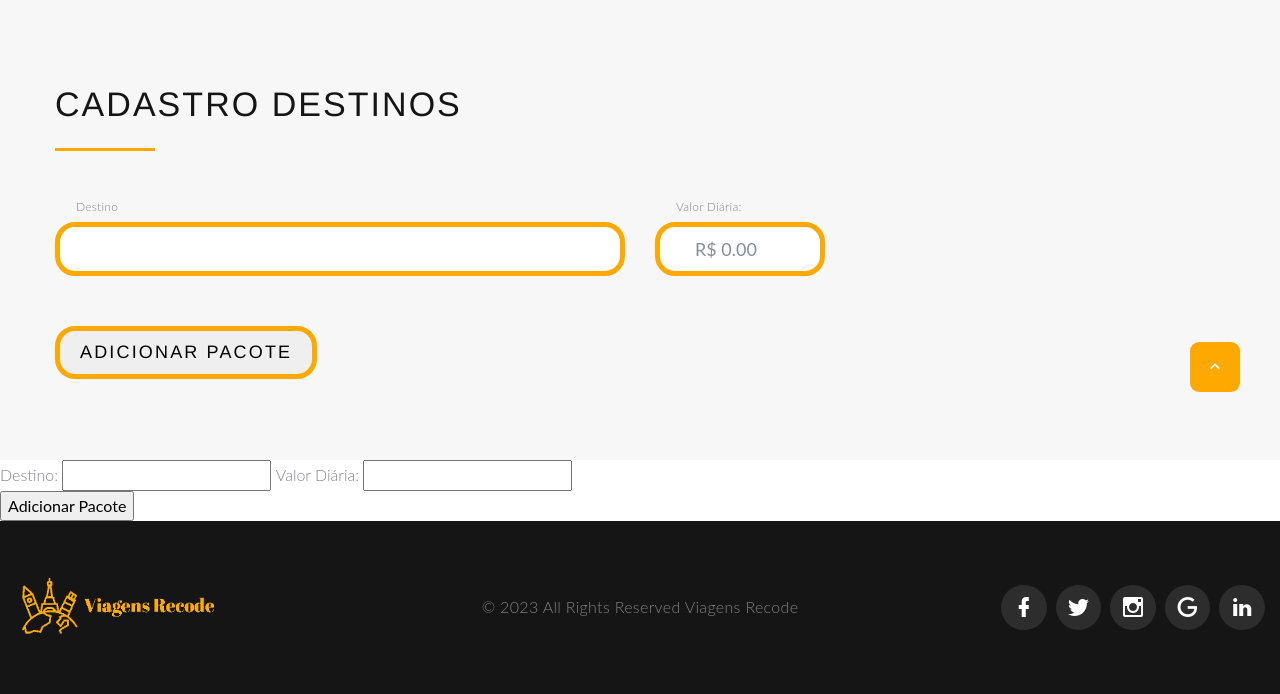
Repository: LiraS23/RecodePro2023-Modulo-4
Page: java/Modulo4/src/main/webapp/destinos.html
The author's editor kept a copy of each file at every save. The page is drawn from the files as they stood at one save, then again after the next save.
The browser window is 1280 px wide. The pictures show the part of the page from y = 388 to 1082 px (the page is 1082 px tall before and 1066 px after).
Some web fonts or font styles are not loaded; a fallback is used.

Above is the page before, as saved 2023-10-28 16:29:01.

### java/Modulo4/src/main/webapp/destinos.html
<!DOCTYPE html>
<html lang="pt-br">

<head>
	<meta charset="UTF-8">
	<meta name="viewport" content="width=device-width, initial-scale=1.0">
	<title>Destinos</title>
	<link rel="icon" href="assets/images/favicon.ico" type="image/x-icon">
	<!-- Stylesheets -->
	<link rel="stylesheet" type="text/css"
		href="assets/fonts.googleapis.com/css?family=Oswald:200,400%7CLato:300,400,300italic,700%7CMontserrat:900">
	<link rel="stylesheet" href="assets/css/bootstrap.css">
	<link rel="stylesheet" href="assets/css/style.css">
	<link rel="stylesheet" href="assets/css/fonts.css">
</head>

<body>
	<div class="page">
		<header class="section page-header breadcrumbs-custom-wrap bg-gradient bg-secondary-2 novi-background bg-cover">
			<!-- RD Navbar-->
			<div class="rd-navbar-wrap rd-navbar-default">
				<nav class="rd-navbar rd-navbar-expand-lg rd-navbar-light custom-navbar" style="z-index: 1000;"
					data-layout="rd-navbar-fixed" data-sm-layout="rd-navbar-fixed" data-md-layout="rd-navbar-fixed"
					data-md-device-layout="rd-navbar-fixed" data-lg-layout="rd-navbar-fullwidth"
					data-xl-layout="rd-navbar-static" data-lg-device-layout="rd-navbar-fixed"
					data-xl-device-layout="rd-navbar-static" data-md-stick-up-offset="2px" data-lg-stick-up-offset="2px"
					data-stick-up="true" data-sm-stick-up="true" data-md-stick-up="true" data-lg-stick-up="true"
					data-xl-stick-up="true">
					<div class="rd-navbar-inner">
						<!-- RD Navbar Panel-->
						<div class="rd-navbar-panel">
							<!-- RD Navbar Toggle-->
							<button class="rd-navbar-toggle"
								data-rd-navbar-toggle=".rd-navbar-nav-wrap"><span></span></button>
							<!-- RD Navbar Brand-->
							<div class="rd-navbar-brand"><a class="brand-name" href="index.html"><img
										class="logo-default" src="assets/images/logo-default-208x46.png" alt=""
										width="208" height="46" /><img class="logo-inverse"
										src="assets/images/logo-inverse-208x46.png" alt="" width="208"
										height="46" /></a></div>
						</div>
						<div class="rd-navbar-aside-right">
							<div class="rd-navbar-nav-wrap">
								<!-- RD Navbar Nav-->
								<ul class="rd-navbar-nav">
									<li><a href="index.html">Home</a>
									</li>
									<li class="active"><a href="destinos.html">Destinos</a>
									</li>
									<li><a href="promocoes.html">Promoções</a>
									</li>
									<li><a href="contato.html">Contato</a>
									</li>
									<li><a href="cliente.html">Cliente</a>
									</li>
								</ul>
							</div>
						</div>
						<div class="rd-navbar-aside-right"><a class="button button-sm button-secondary button-nina"
								href="pedidos.html">Reserve um passeio agora</a></div>
					</div>
				</nav>
			</div>
			<!-- Breadcrumbs-->
			<section class="breadcrumbs-custom"
				style="background: url(&quot;https://png.pngtree.com/thumb_back/fw800/back_pic/03/93/99/8257e7bbd63b3ff.jpg&quot;); background-size: cover;">
				<div class="container">
					<p class="breadcrumbs-custom-subtitle">Encontre seu proximo destino!</p>
					<p class="heading-1 breadcrumbs-custom-title">Destinos</p>
				</div>
			</section>
		</header>

		<!-- Cadastro destinos-->
		<section class="section section-wrap bg-gray-lighter novi-background bg-cover">
			<div class="section-wrap-inner">
				<div class="container container-bigger">
					<div class="row">
						<div class="col">
							<div class="section section-lg">
								<h3>Cadastro destinos</h3>
								<hr class="divider divider-left divider-secondary">
								<!-- RD Mailform-->
								<form class="rd-mailform" data-form-output="form-output-global"
									data-form-type="cadastro" method="post" action="/Modulo4/MeuPacoteServlet">
									<input type="hidden" name="action" value="adicionar">
									<div class="row row-fix row-20">
										<div class="col-md-6">
											<div class="form-wrap form-wrap-validation">
												<label class="form-label-outside" for="destino">Destino</label>
												<input class="form-control"
													style="border: 5px solid #FFA900; border-radius: 20px;" id="destino"
													type="text" name="destino" required>
											</div>
										</div>
										<div class="col-md-2">
											<div class "form-wrap form-wrap-validation">
												<label class="form-label-outside" for="valorDiaria">Valor
													Diária:</label>
												<input class="form-control"
													style="border: 5px solid #FFA900; border-radius: 20px;" type="text"
													name="valorDiaria" placeholder="R$ 0.00" required>
											</div>
										</div>
										<div class="col-sm-12 offset-custom-1">
											<div class="form-button">

												<input class="btn btn-secondary"
													style="border: 5px solid #FFA900; border-radius: 20px;"
													type="submit" value="Adicionar Pacote">
											</div>
										</div>
									</div>
								</form>
							</div>
						</div>
					</div>
				</div>
			</div>
		</section>

		<form action="/Modulo4/MeuPacoteServlet" method="post">
			<input type="hidden" name="action" value="adicionar">
			<label for="destino">Destino:</label>
			<input type="text" name="destino" required>
			<label for="valorDiaria">Valor Diária:</label>
			<input type="text" name="valorDiaria" required><br>
			<input type="submit" value="Adicionar Pacote">
		</form>

		<!-- Footer Minimal-->
		<footer class="section page-footer page-footer-minimal novi-background bg-cover text-center bg-gray-darker">
			<div class="container container-wide">
				<div class="row row-fix justify-content-sm-center align-items-md-center row-30">
					<div class="col-md-10 col-lg-7 col-xl-4 text-xl-left"><a href="index.html"><img class="inverse-logo"
								src="assets/images/logo-inverse-208x46.png" alt="" width="208" height="46" /></a></div>
					<div class="col-md-10 col-lg-7 col-xl-4">
						<p class="right">&#169;&nbsp;<span class="copyright-year"></span> All Rights Reserved Viagens
							Recode
						</p>
					</div>
					<div class="col-md-10 col-lg-7 col-xl-4 text-xl-right">
						<ul class="group-xs group-middle">
							<li><a class="icon novi-icon icon-md-middle icon-circle icon-secondary-5-filled mdi mdi-facebook"
									href="#"></a></li>
							<li><a class="icon novi-icon icon-md-middle icon-circle icon-secondary-5-filled mdi mdi-twitter"
									href="#"></a></li>
							<li><a class="icon novi-icon icon-md-middle icon-circle icon-secondary-5-filled mdi mdi-instagram"
									href="#"></a></li>
							<li><a class="icon novi-icon icon-md-middle icon-circle icon-secondary-5-filled mdi mdi-google"
									href="#"></a></li>
							<li><a class="icon novi-icon icon-md-middle icon-circle icon-secondary-5-filled mdi mdi-linkedin"
									href="#"></a></li>
						</ul>
					</div>
				</div>
			</div>
		</footer>
	</div>

	<!-- Global Mailform Output-->
	<div class="snackbars" id="form-output-global"> </div>
	<!-- Javascript-->
	<script src="assets/js/core.min.js"></script>
	<script src="assets/js/script.js"></script>

</body>

</html>

Loaded but not shown: java/Modulo4/src/main/webapp/assets/css/bootstrap.css (library); java/Modulo4/src/main/webapp/assets/css/style.css (library); java/Modulo4/src/main/webapp/assets/css/fonts.css (library); java/Modulo4/src/main/webapp/assets/js/core.min.js (library); java/Modulo4/src/main/webapp/assets/js/script.js (1496 lines, source omitted)

After the next save:
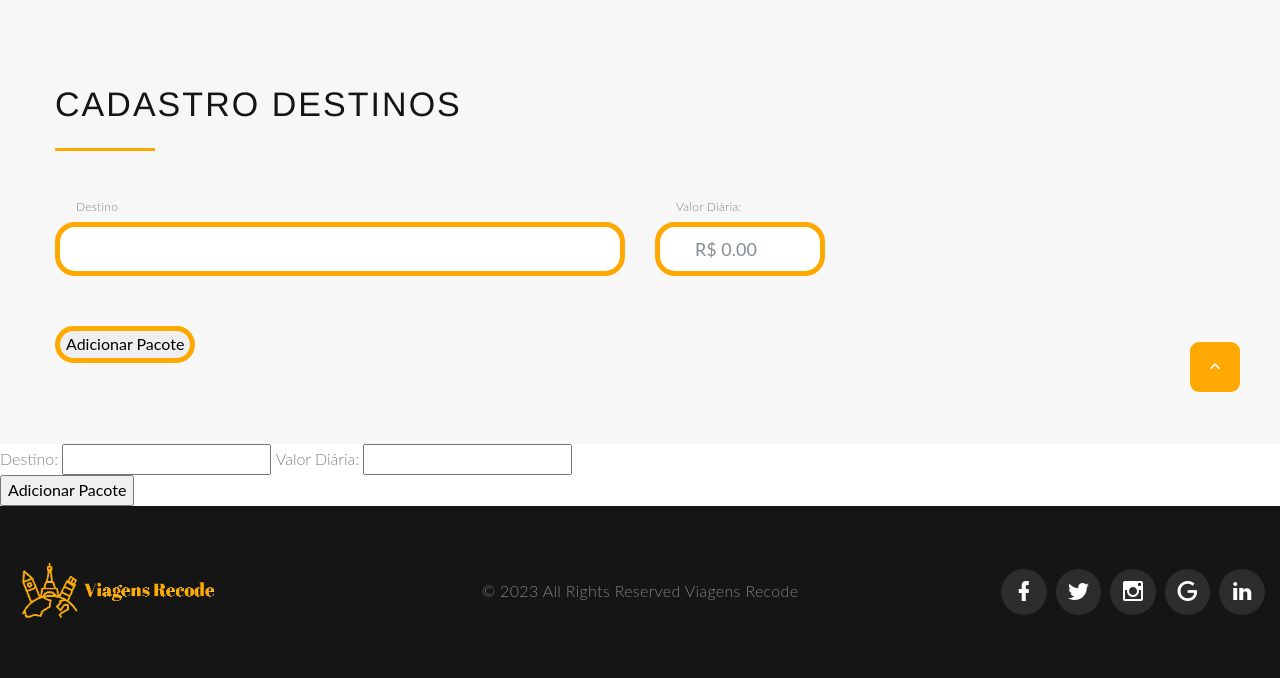
Saved 31 s later.
--- a/java/Modulo4/src/main/webapp/destinos.html
+++ b/java/Modulo4/src/main/webapp/destinos.html
@@ -105,7 +105,7 @@
 										<div class="col-sm-12 offset-custom-1">
 											<div class="form-button">
 
-												<input class="btn btn-secondary"
+												<input
 													style="border: 5px solid #FFA900; border-radius: 20px;"
 													type="submit" value="Adicionar Pacote">
 											</div>

After the save that followed:
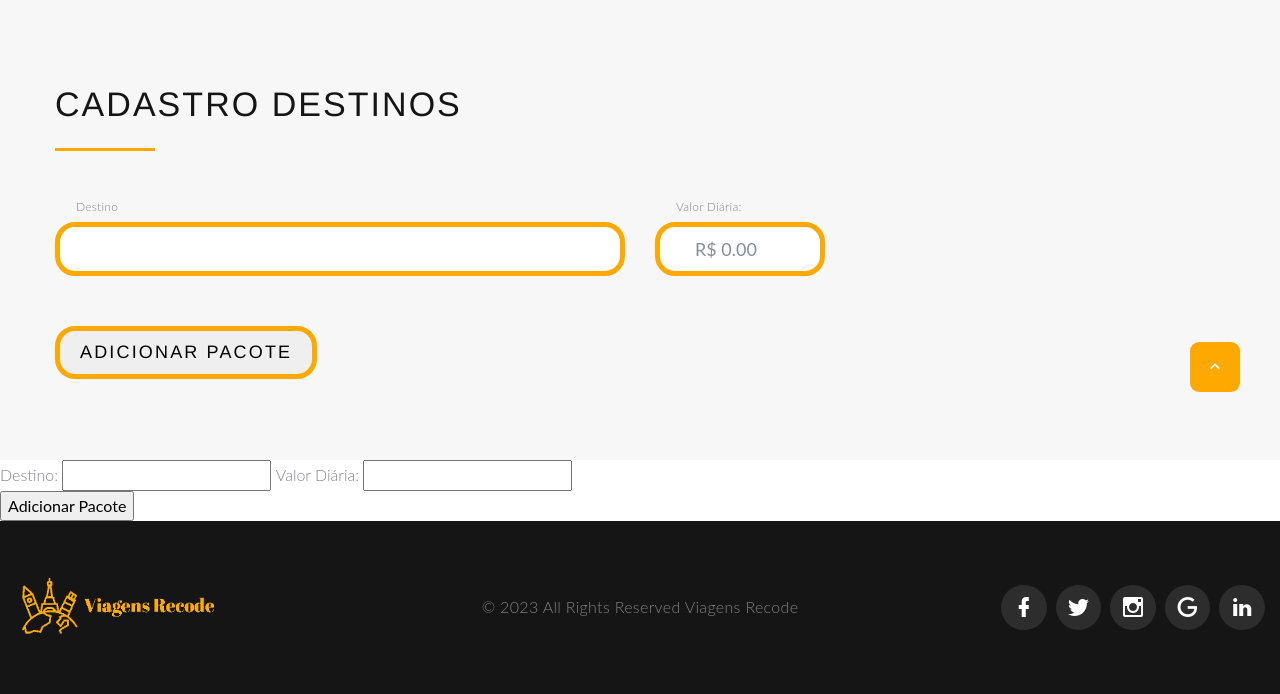
Saved 18 s later.
--- a/java/Modulo4/src/main/webapp/destinos.html
+++ b/java/Modulo4/src/main/webapp/destinos.html
@@ -105,7 +105,7 @@
 										<div class="col-sm-12 offset-custom-1">
 											<div class="form-button">
 
-												<input
+												<input class="btn btn-secondary"
 													style="border: 5px solid #FFA900; border-radius: 20px;"
 													type="submit" value="Adicionar Pacote">
 											</div>
